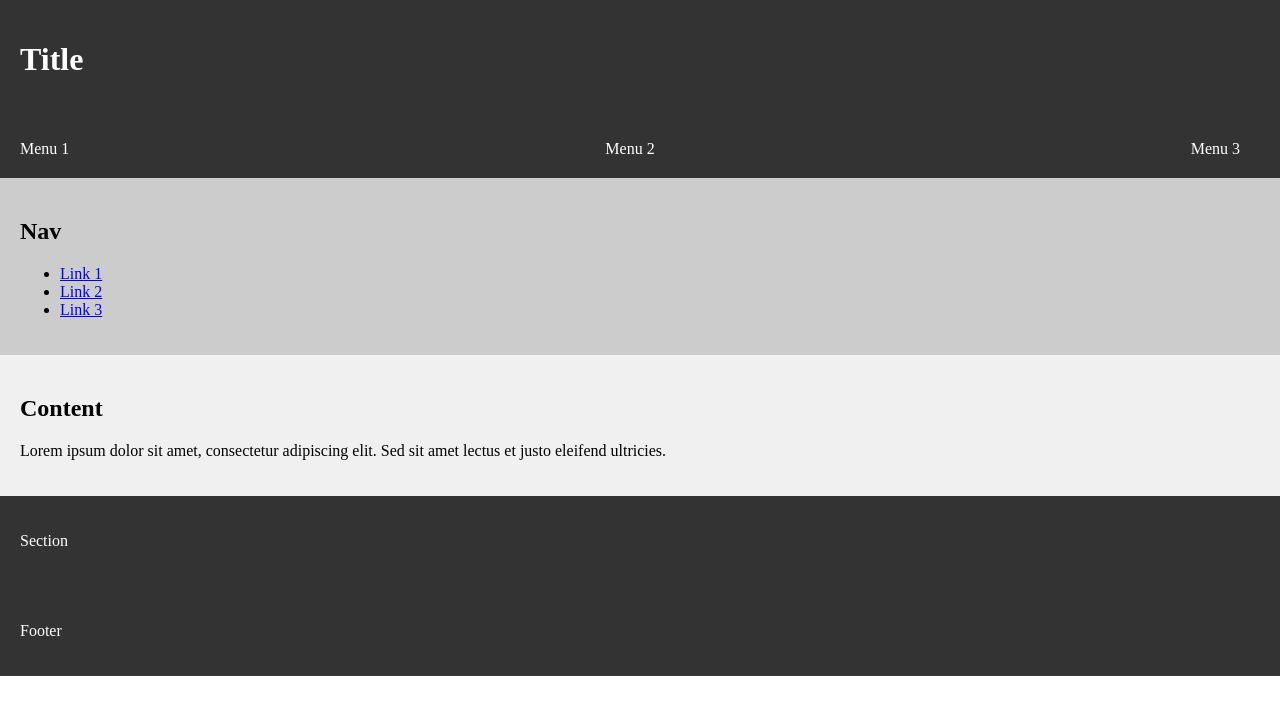
Repository: G1tHub-zer0/BTTH
Page: BTCSS/bai21.html
The author's editor kept a copy of each file at every save. The page is drawn from the files as they stood at one save, then again after the next save.
The browser window is 1280 px wide. The pictures show the whole page.

Above is the page before, as saved 2024-03-22 20:20:31.

### BTCSS/bai21.html
<!DOCTYPE html>
<html lang='en'>

<head>
    <meta charset='UTF-8'>
    <meta http-equiv='X-UA-Compatible' content='IE=edge'>
    <meta name='viewport' content='width=device-width, initial-scale=1.0'>
    <link rel='stylesheet' href='bai21.css'>
    <title></title>
</head>

<body>
    <header>
        <h1>Title</h1>
    </header>
    <div class="container">
        <nav>
            <a href="#">Menu 1</a>
            <a href="#">Menu 2</a>
            <a href="#">Menu 3</a>
        </nav>
        <div class="sidebar">
            <h2>Nav</h2>
            <ul>
                <li><a href="#">Link 1</a></li>
                <li><a href="#">Link 2</a></li>
                <li><a href="#">Link 3</a></li>
            </ul>
        </div>
        <div class="content">
            <h2>Content</h2>
            <p>Lorem ipsum dolor sit amet, consectetur adipiscing elit. Sed sit amet lectus et justo eleifend ultricies.
            </p>
        </div>
        <section>
            <p>Section</p>
        </section>
    </div>
    <footer>
        <p>Footer</p>
    </footer>

</body>

</html>

### BTCSS/bai21.css
body {
  margin: 0;
  padding: 0;
  box-sizing: border-box;
}
/* Layout 1, 2, 3 */

header,
nav,
section,
footer {
  padding: 20px;
  background-color: #333;
  color: #fff;
}

nav {
  display: flex;
  justify-content: space-between;
}

nav a {
  color: #fff;
  text-decoration: none;
  margin-right: 20px;
}

nav a:hover {
  color: #ccc;
}

section {
  display: flex;
  flex-wrap: wrap;
  justify-content: space-between;
}

.content {
  flex: 2;
  background-color: #f0f0f0;
  padding: 20px;
}

.sidebar {
  flex: 1;
  background-color: #ccc;
  padding: 20px;
}

After the next save:
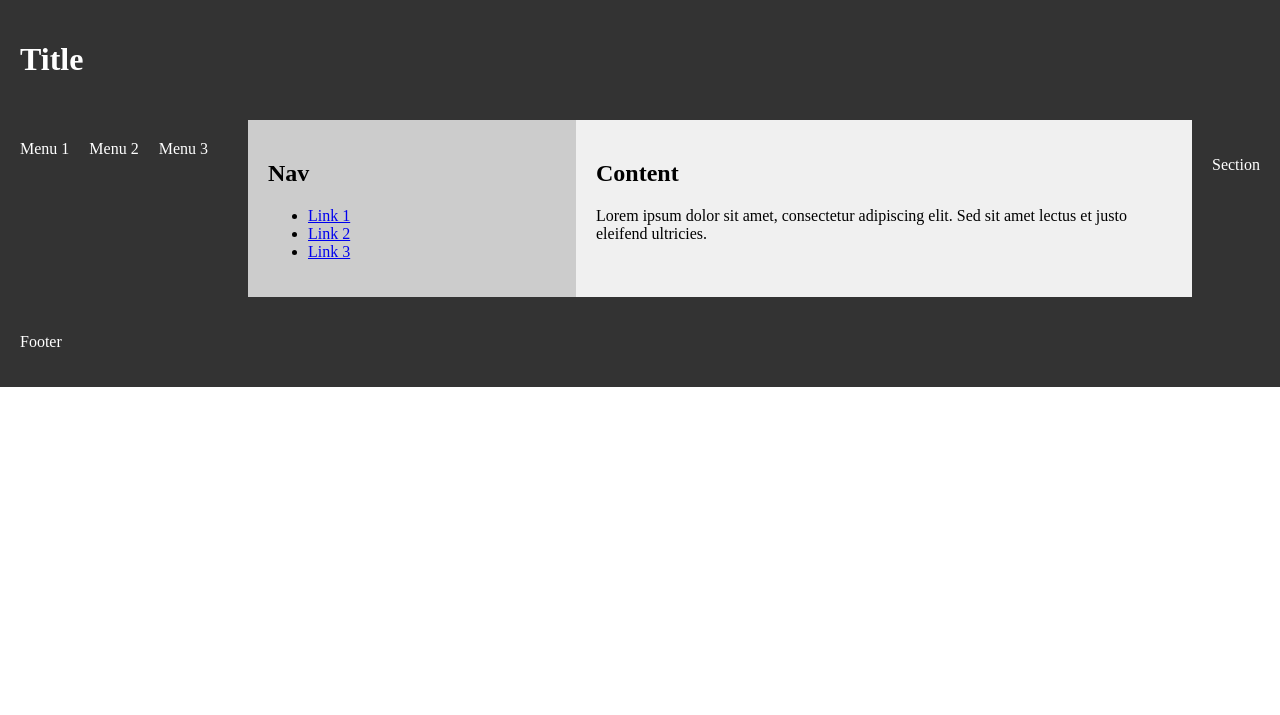
Saved 5 s later.
--- a/BTCSS/bai21.css
+++ b/BTCSS/bai21.css
@@ -29,7 +29,7 @@ nav a:hover {
   color: #ccc;
 }
 
-section {
+.container {
   display: flex;
   flex-wrap: wrap;
   justify-content: space-between;
